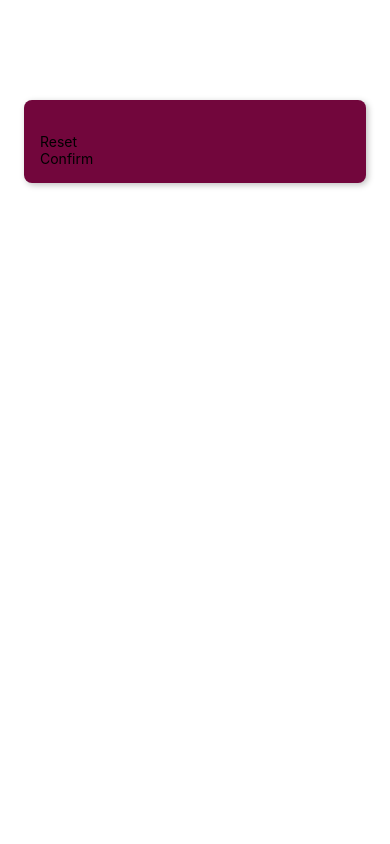
Repository: cobalt88/miniGameApp
Screen: /
The author's editor kept a copy of each file at every save. The screen is drawn from the files as they stood at one save, then again after the next save.
The app was drawn by React Native's web renderer in a window 390 px wide. The project was rebuilt for these pictures with package versions that can differ from the ones it lists, and the page was loaded fresh each time.

Above is the screen before, as saved 2023-02-02 16:19:42.

### App.js
import { StatusBar } from "expo-status-bar";
import { StyleSheet, Text, View } from "react-native";
import StartGameScreen from "./screens/StartGameScreen";

export default function App() {
  return <StartGameScreen />;
}

const styles = StyleSheet.create({});

### screens/StartGameScreen.js
import { View, TextInput, StyleSheet } from "react-native";
import PrimaryButton from "../components/PrimaryButton";

function StartGameScreen() {
  return (
    <View style={styles.inputContainer}>
      <TextInput />
      <PrimaryButton>Reset</PrimaryButton>
      <PrimaryButton>Confirm</PrimaryButton>
    </View>
  );
}

export default StartGameScreen;

const styles = StyleSheet.create({
  inputContainer: {
    marginHorizontal: 24,
    borderRadius: 8,
    padding: 16,
    marginTop: 100,
    backgroundColor: "#72063c",
    elevation: 8,
    shadowColor: "black",
    shadowOffset: { width: 2, height: 2 },
    shadowOpacity: 0.25,
    shadowRadius: 6,
  },
});

### components/PrimaryButton.js
import { View, Text } from "react-native";

function PrimaryButton({ children }) {
  return (
    <View>
      <Text>{children}</Text>
    </View>
  );
}

export default PrimaryButton;

After the next save:
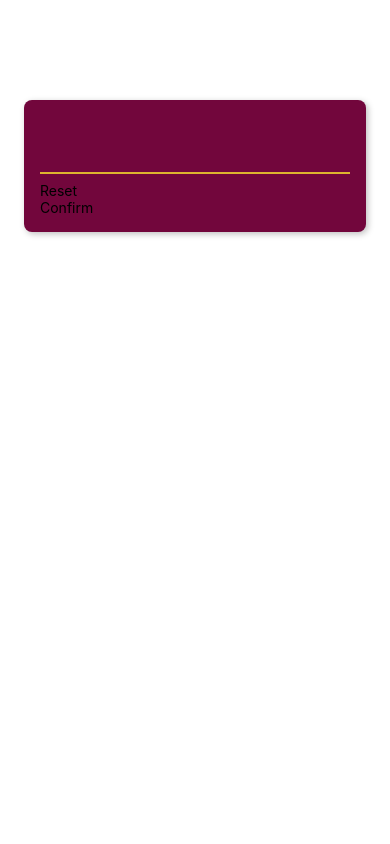
Saved 2 min 37 s later.
--- a/screens/StartGameScreen.js
+++ b/screens/StartGameScreen.js
@@ -4,7 +4,7 @@ import PrimaryButton from "../components/PrimaryButton";
 function StartGameScreen() {
   return (
     <View style={styles.inputContainer}>
-      <TextInput />
+      <TextInput style={styles.numberInput} />
       <PrimaryButton>Reset</PrimaryButton>
       <PrimaryButton>Confirm</PrimaryButton>
     </View>
@@ -26,4 +26,14 @@ const styles = StyleSheet.create({
     shadowOpacity: 0.25,
     shadowRadius: 6,
   },
+  numberInput: {
+    height: 50,
+    fontSize: 32,
+    borderBottomColor: "#ddb52f",
+    borderBottomWidth: 2,
+    color: "#ddb52f",
+    textAlign: "center",
+    marginVertical: 8,
+    fontWeight: "bold",
+  },
 });
